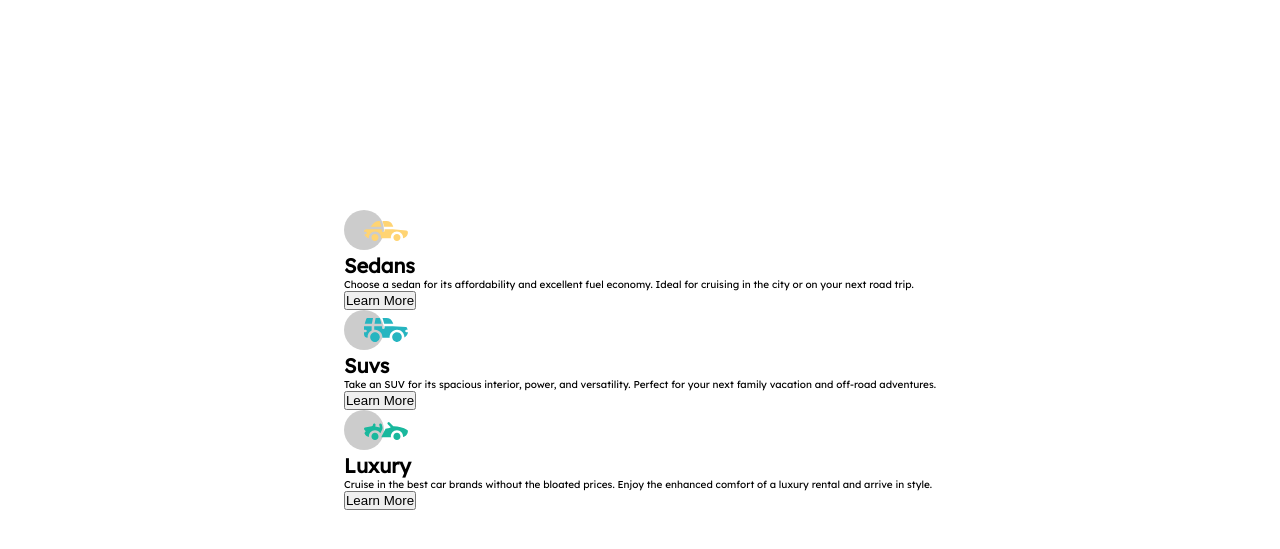
Repository: thaibaocoder1/3-column-card
Page: index.html
An editor plug-in stored every save of this project. The page is shown before and after a run of saves, followed by the edit.
The browser window is 1280 px wide. The pictures show the whole page.

Above is the page before, as saved 2023-01-11 20:47:03.

### index.html
<!DOCTYPE html>
<html lang="en">
<head>
  <meta charset="UTF-8">
  <meta name="viewport" content="width=device-width, initial-scale=1.0">
  <link rel="icon" type="image/png" sizes="32x32" href="./images/favicon-32x32.png">
  <title>Frontend Mentor | 3-column preview card component</title>
  <link rel="preconnect" href="https://fonts.googleapis.com">
  <link rel="preconnect" href="https://fonts.gstatic.com" crossorigin>
  <link href="https://fonts.googleapis.com/css2?family=Big+Shoulders+Display:wght@700&family=Lexend+Deca&display=swap" rel="stylesheet">
  <link rel="stylesheet" href="./styles.css">
</head>
<body>

  <main class="container">
    <div class="container__box">
      <img src="./images/icon-sedans.svg" alt="" class="container--image">
      <h1 class="container--heading">Sedans</h1>
      <p class="container--content">
        Choose a sedan for its affordability and excellent fuel economy. Ideal for cruising in the city
        or on your next road trip.
      </p>
      <button class="container--btn">Learn More</button>
    </div>

    <div class="container__box">
      <img src="./images/icon-suvs.svg" alt="" class="container--image">
      <h1 class="container--heading">Suvs</h1>
      <p class="container--content">
        Take an SUV for its spacious interior, power, and versatility. Perfect for your next family vacation
        and off-road adventures.
      </p>
      <button class="container--btn">Learn More</button>
    </div>

    <div class="container__box">
      <img src="./images/icon-luxury.svg" alt="" class="container--image">
      <h1 class="container--heading">Luxury</h1>
      <p class="container--content">
        Cruise in the best car brands without the bloated prices. Enjoy the enhanced comfort of a luxury
        rental and arrive in style.
      </p>
      <button class="container--btn">Learn More</button>
    </div>
  </main>


</body>
</html>

### styles.css
* {
    margin: 0;
    padding: 0;
    box-sizing: border-box;
}
html {
    font-size: 62.5%;
}
body {
    text-rendering: optimizeLegibility;
    scroll-behavior: smooth;
    font-family: 'Big Shoulders Display', cursive;
    font-family: 'Lexend Deca', sans-serif;
    display: flex;
    align-items: center;
    justify-content: center;
    min-height: calc(100vh - 1px);
}
:root {
    --bright-orange: hsl(31, 77%, 52%);
    --dark-cyan: hsl(184, 100%, 22%);
    --very-dark-cyan: hsl(179, 100%, 13%);
    --white-p:  hsla(0, 0%, 100%, 0.75);
    --light-gray: hsl(0, 0%, 95%);
}
.container {
    max-width: 65rem;
}

After the next 3 saves:
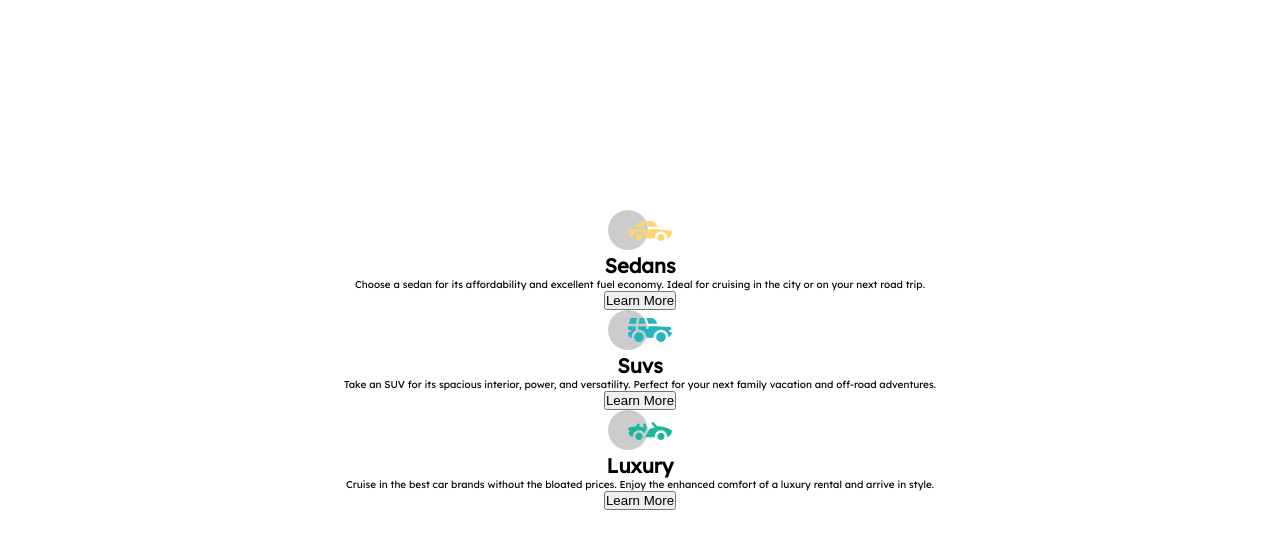
The 3 saves are shown as one change because they came seconds apart.
The last was saved 21 s later.
--- a/styles.css
+++ b/styles.css
@@ -25,4 +25,6 @@
 }
 .container {
     max-width: 65rem;
+    margin: auto;
+    text-align: center;
 }

After the save that followed:
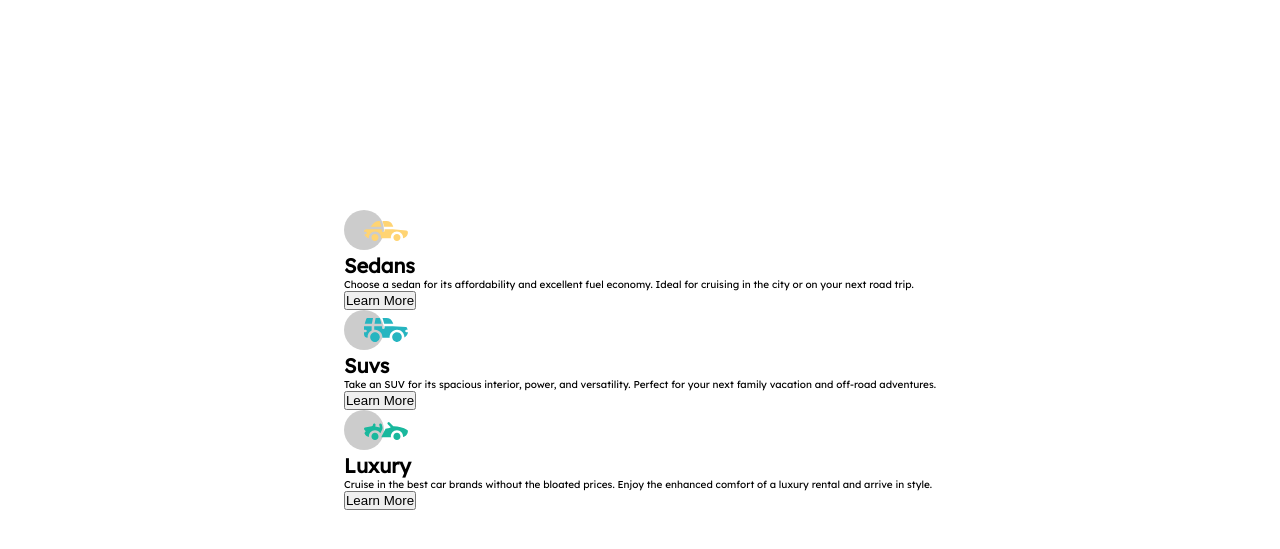
Saved 7 s later.
--- a/styles.css
+++ b/styles.css
@@ -25,6 +25,5 @@
 }
 .container {
     max-width: 65rem;
-    margin: auto;
-    text-align: center;
+    margin: 0 auto;
 }
